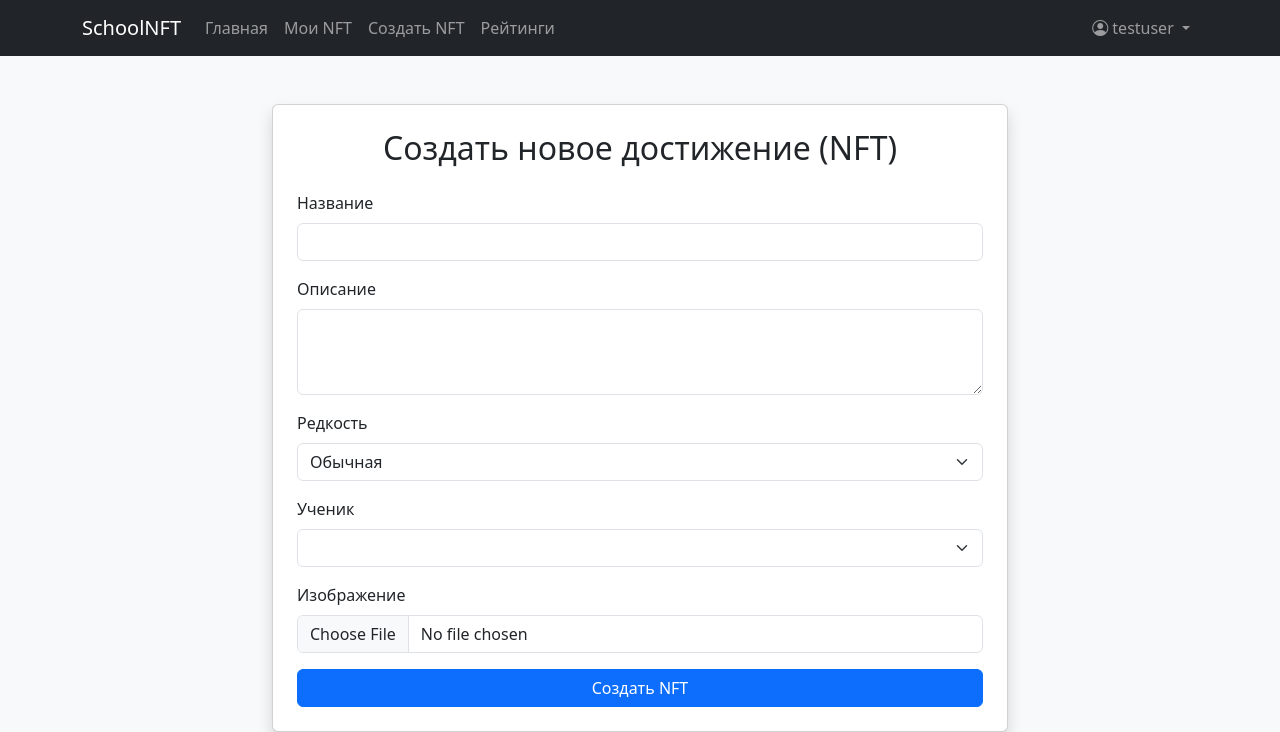
Repository: Igg9or/NFT
Page: http://localhost/create-nft
An editor plug-in stored every save of this project. The page is shown before and after the next save, followed by the edit.
The browser window is 1280 px wide. The pictures show the whole page.
The page is served by the project's application, run on Flask 3 (app.py). The session is filled in as if someone had signed in: {"user_id": 1, "username": "testuser", "role": "admin"}. The page reads the database file committed with the project.

Above is the page before, as saved 2025-04-06 00:18:30.

After the next save:
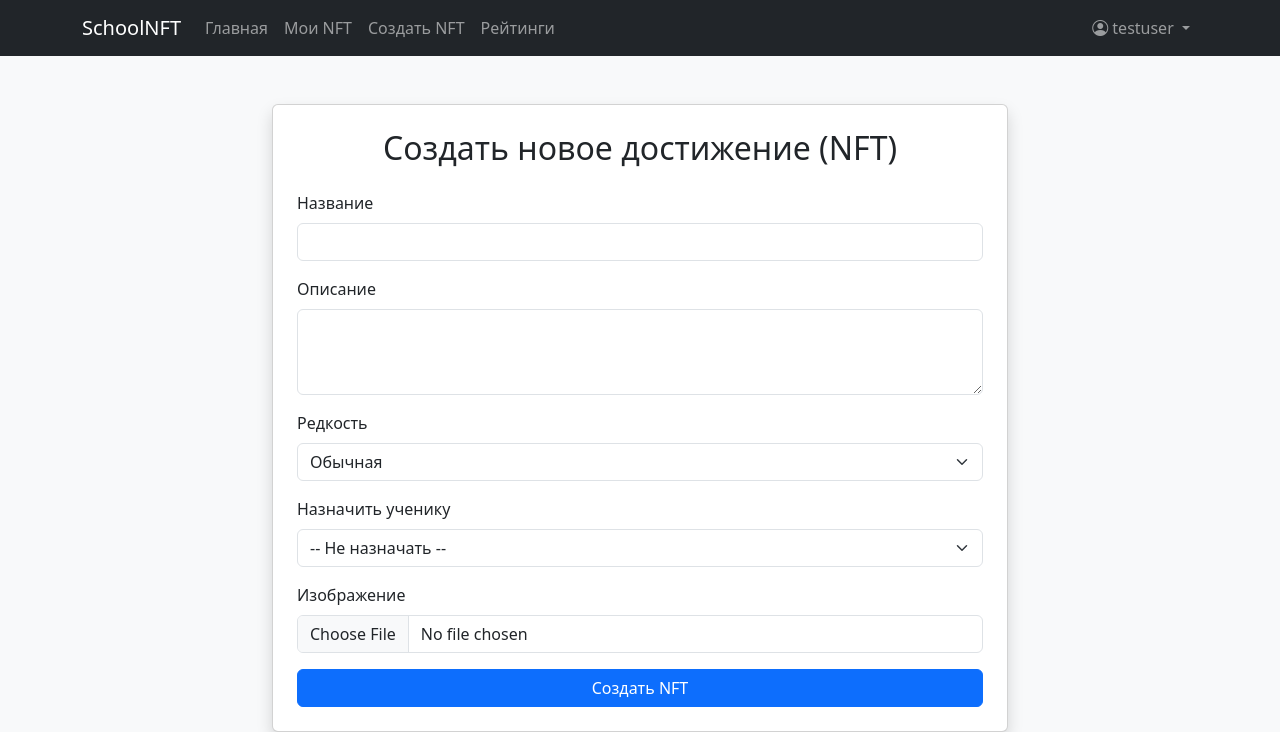
Saved 2 min 3 s later.
--- a/templates/dashboard/create_nft.html
+++ b/templates/dashboard/create_nft.html
@@ -26,8 +26,9 @@
                         </select>
                     </div>
                     <div class="mb-3">
-                        <label for="owner_id" class="form-label">Ученик</label>
-                        <select class="form-select" id="owner_id" name="owner_id" required>
+                        <label for="owner_id" class="form-label">Назначить ученику</label>
+                        <select class="form-select" id="owner_id" name="owner_id">
+                            <option value="">-- Не назначать --</option>
                             {% for student in students %}
                             <option value="{{ student.id }}">{{ student.username }} ({{ student.class_grade }})</option>
                             {% endfor %}
